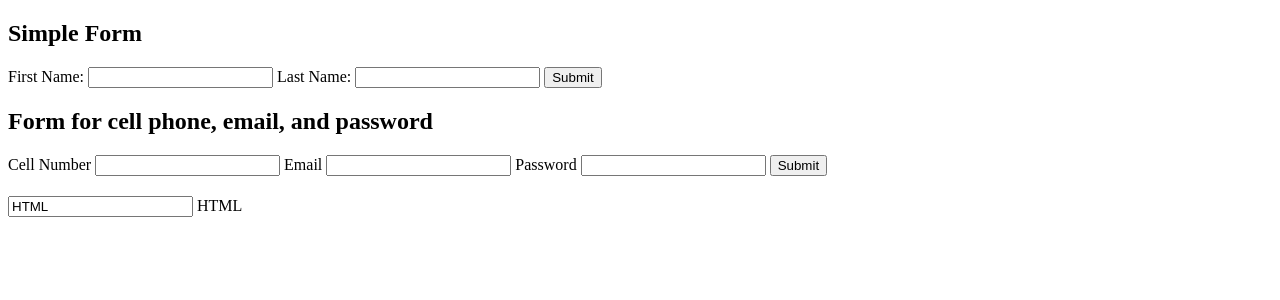
Repository: TheTroyPhillips/Block14
Page: Coursework/Block10/index.html
These files come from the project's save history. The page is drawn as it stood at one moment and after a run of saves; the edit follows.
The browser window is 1280 px wide. The pictures show the whole page.

Above is the page before, as saved 2023-09-07 19:31:35.

After the next 2 saves:
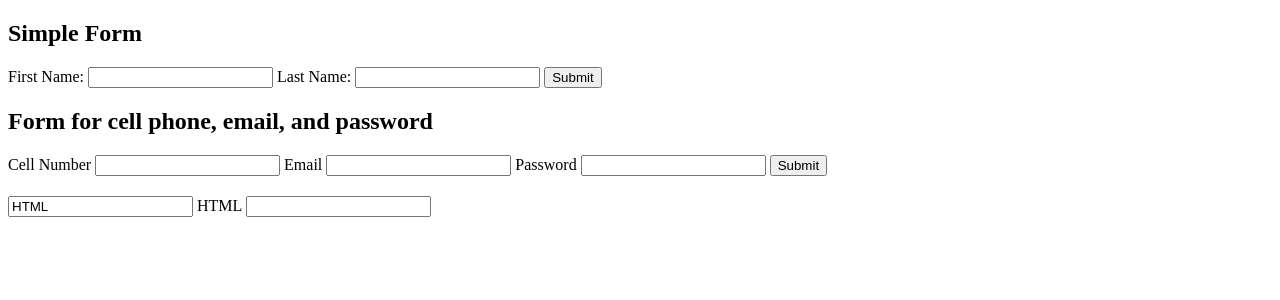
The 2 saves are shown as one change because they came seconds apart.
The last was saved 10 s later.
--- a/Coursework/Block10/index.html
+++ b/Coursework/Block10/index.html
@@ -34,6 +34,7 @@
         <form>
             <input type="" id="" name="fav_language" value="HTML">
             <label for="html">HTML</label>
+            <input type="" name="" id="">
         </form>
     </article>
 </body>
